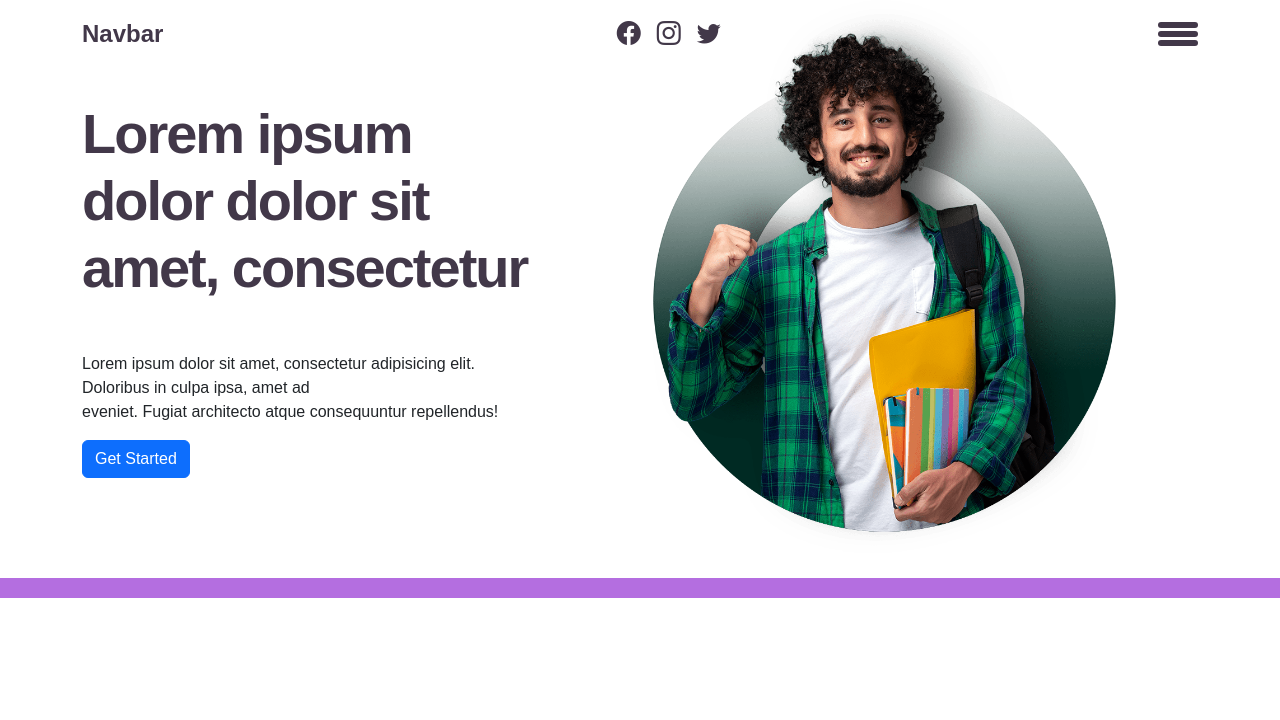
Repository: tagnam/project27012025
Page: index.html
An editor plug-in stored every save of this project. The page is shown before and after a run of saves, followed by the edit.
The browser window is 1280 px wide. The pictures show the whole page.

Above is the page before, as saved 2025-01-27 16:06:13.

After the next 2 saves:
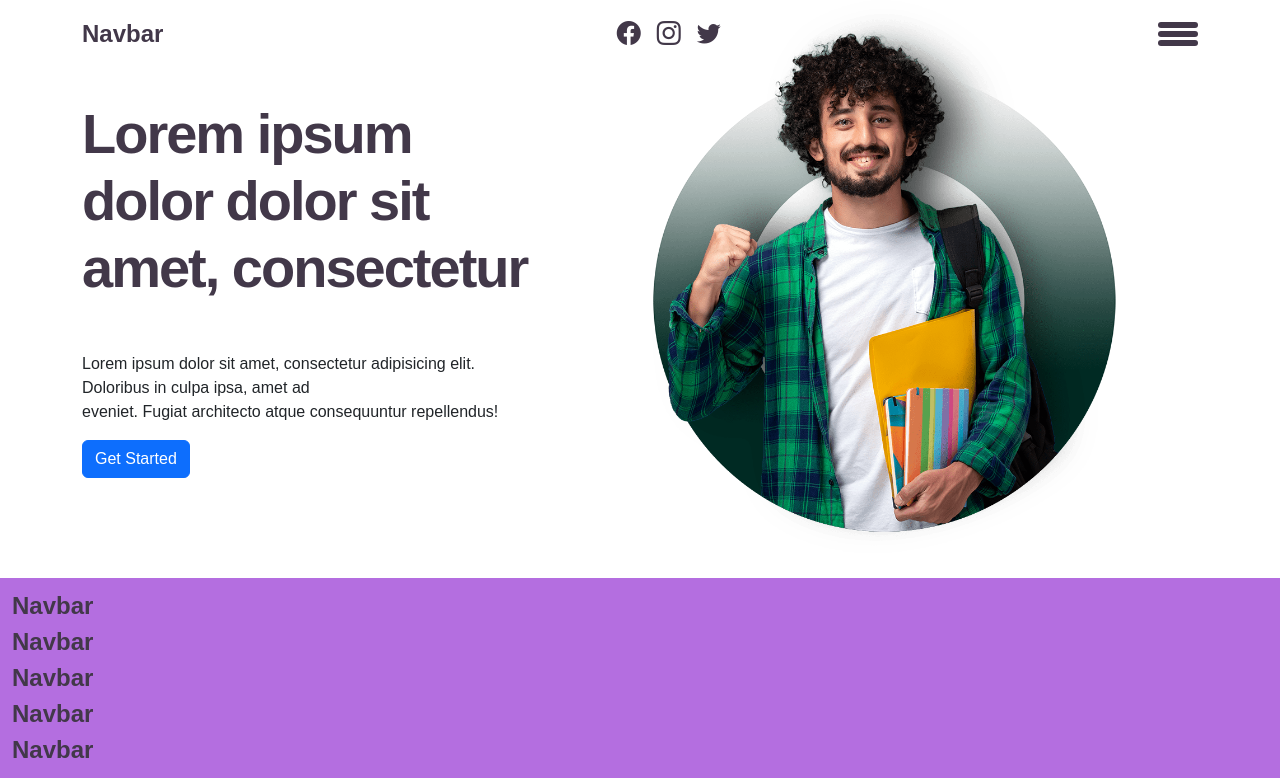
The 2 saves are shown as one change because they came seconds apart.
The last was saved 35 s later.
--- a/index.html
+++ b/index.html
@@ -103,11 +103,11 @@
 <section class="client-section">
     <div class="container-fluid">
        <div class="row">
-        <img src="" alt="">
-        <img src="" alt="">
-        <img src="" alt="">
-        <img src="" alt="">
-        <img src="" alt="">
+        <a class="navbar-brand" href="#">Navbar</a>
+        <a class="navbar-brand" href="#">Navbar</a>
+        <a class="navbar-brand" href="#">Navbar</a>
+        <a class="navbar-brand" href="#">Navbar</a>
+        <a class="navbar-brand" href="#">Navbar</a>
     </div>
     </div>
 </section>
